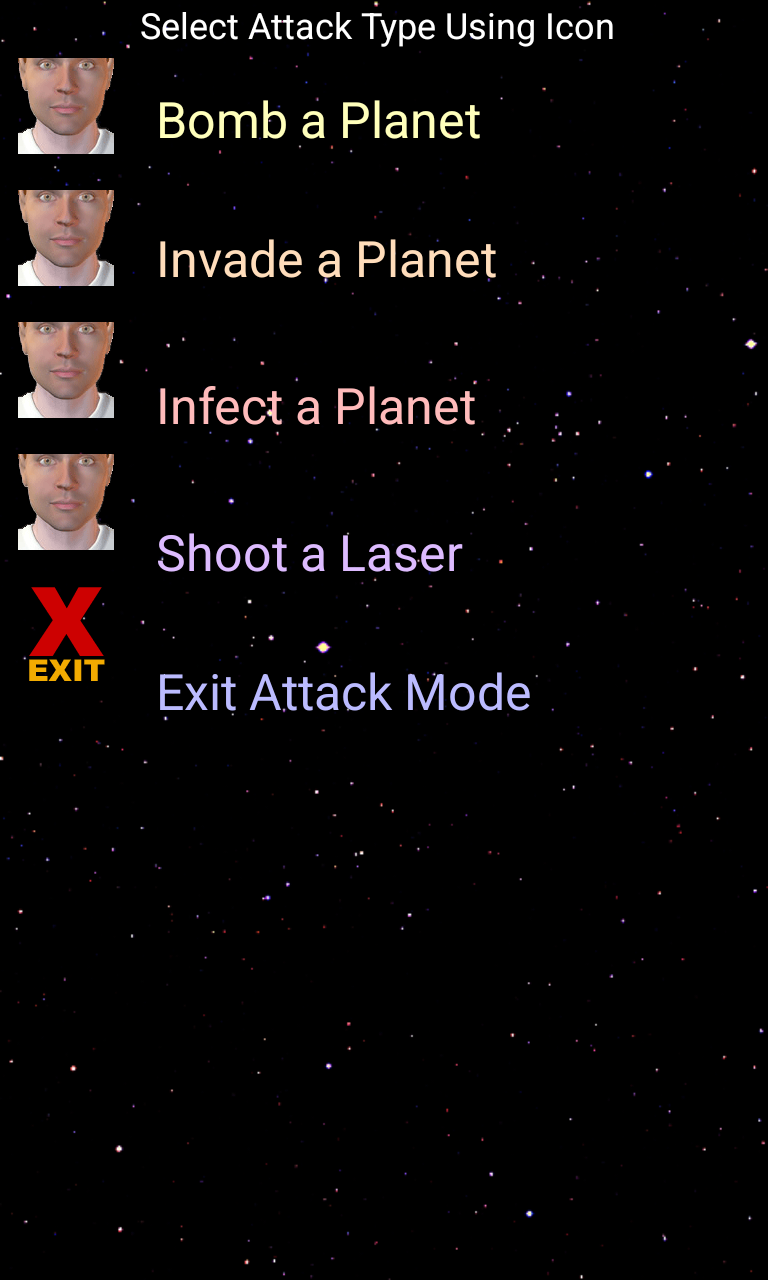
Repository: TimGirouard/tim-hobby-bucket
Layout: Android_Work/workspace/Hello_World/res/layout/activity_attack.xml
The author's editor kept a copy of each file at every save. The layout is drawn from the files as they stood at one save, then again after the next save.
It is drawn on a 768 x 1280 px phone screen (xhdpi) without system bars, with theme AppTheme; the app's code is not run.

Above is the layout before, as saved 2014-01-19 21:06:53.

### Android_Work/workspace/Hello_World/res/layout/activity_attack.xml
<?xml version="1.0" encoding="utf-8"?>
<LinearLayout xmlns:android="http://schemas.android.com/apk/res/android"
    android:layout_width="match_parent"
    android:layout_height="match_parent"
    android:orientation="horizontal"
    android:background="@drawable/stars" >

    <LinearLayout
        android:layout_width="70dp"
	    android:layout_height="match_parent"
	    android:orientation="vertical"
	    android:layout_marginTop="20dp" >
    <ImageButton
        android:id="@+id/bombButton"
        android:background="#00000000"
        android:layout_width="wrap_content"
        android:layout_height="wrap_content"
        android:contentDescription="@string/content_desc_bomb"
        android:layout_margin="9dp"
        android:src="@drawable/attack_bomb"
        android:soundEffectsEnabled="true" />
    <ImageButton
        android:id="@+id/invadeButton"
        android:background="#00000000"
        android:layout_width="wrap_content"
        android:layout_height="wrap_content"
        android:contentDescription="@string/content_desc_invade"
        android:layout_margin="9dp"
        android:src="@drawable/attack_invade"
        android:soundEffectsEnabled="true" />
    <ImageButton
        android:id="@+id/infectButton"
        android:background="#00000000"
		android:layout_width="wrap_content"
        android:layout_height="wrap_content"
        android:contentDescription="@string/content_desc_virus"
        android:layout_margin="9dp"
        android:src="@drawable/attack_virus"
        android:soundEffectsEnabled="true" />
    <ImageButton
        android:id="@+id/laserButton"
        android:background="#00000000"
		android:layout_width="wrap_content"
        android:layout_height="wrap_content"
        android:contentDescription="@string/content_desc_laser"
        android:layout_margin="9dp"
        android:src="@drawable/attack_laser"
        android:soundEffectsEnabled="true" />
    <ImageButton
        android:id="@+id/exitButton"
        android:background="#00000000"
		android:layout_width="wrap_content"
        android:layout_height="wrap_content"
        android:contentDescription="@string/content_desc_exit"
        android:layout_margin="9dp"
        android:src="@drawable/attackexit"
        android:soundEffectsEnabled="true" />
    </LinearLayout>
    <LinearLayout
        android:layout_width="match_parent"
	    android:layout_height="match_parent"
	    android:orientation="vertical" >
    <TextView
        android:textColor="#FFFFFF"
        android:textSize="18sp"
        android:layout_width="wrap_content"
        android:layout_height="wrap_content"
        android:text="@string/attack_planet_caption" />

    <TextView
        android:textColor="#FFFFBB"
        android:textSize="25sp"
        android:layout_marginTop="18dp"
        android:layout_width="wrap_content"
        android:layout_height="wrap_content"
        android:layout_marginLeft="8dp"
        android:text="@string/attack_planet_bomb" />

    <TextView
        android:textColor="#FFDDBB"
        android:textSize="25sp"
        android:layout_marginTop="36dp"
        android:layout_width="wrap_content"
        android:layout_height="wrap_content"
        android:layout_marginLeft="8dp"
        android:text="@string/attack_planet_invade" />

    <TextView
        android:textColor="#FFBBBB"
        android:textSize="25sp"
        android:layout_marginTop="40dp"
        android:layout_width="wrap_content"
        android:layout_height="wrap_content"
        android:layout_marginLeft="8dp"
        android:text="@string/attack_planet_infect" />

    <TextView
        android:textColor="#DDBBFF"
        android:textSize="25sp"
        android:layout_marginTop="40dp"
        android:layout_width="wrap_content"
        android:layout_height="wrap_content"
        android:layout_marginLeft="8dp"
        android:text="@string/attack_planet_laser" />

    <TextView
        android:textColor="#BBBBFF"
        android:textSize="25sp"
        android:layout_marginTop="36dp"
        android:layout_width="wrap_content"
        android:layout_height="wrap_content"
        android:layout_marginLeft="8dp"
        android:text="@string/attack_planet_exit" />
    </LinearLayout>
</LinearLayout>

### Android_Work/workspace/Hello_World/res/values/strings.xml
<?xml version="1.0" encoding="utf-8"?>
<resources>

    <string name="app_name">Hello_World</string>
    <string name="hello_world">Hello world!</string>
    <string name="add_planet_caption">Click Planet to Add</string>
    <string name="planet_name_label">Planet Name: </string>
	<string name="planet_mass_label">Planet Mass: </string>
	<string name="planet_gravity_label">Planet Gravity: </string>
	<string name="planet_colonies_label">Planet Colonies: </string>
	<string name="planet_population_label">Planet Population: </string>
	<string name="planet_military_label">Planet Military: </string>
	<string name="planet_bases_label">Planet Bases: </string>
	<string name="planet_forcefield_label">Planet Forcefield: </string>
    <string name="menu_add_planet">Add a New Planet</string>
    <string name="menu_config_planet">Configure Planet</string>
    <string name="menu_travel_planet">Travel to Planet</string>
    <string name="menu_attack_planet">Attack on Planet</string>
    <string name="menu_home_planet">Show Home Planet</string>
	<string name="content_desc_earth">Planet Earth</string>
	<string name="content_desc_mars">Planet Mars</string>
	<string name="content_desc_venus">Planet Venus</string>
	<string name="content_desc_jupiter">Planet Jupiter</string>
	<string name="content_desc_saturn">Planet Saturn</string>
	<string name="content_desc_neptune">Planet Neptune</string>
	<string name="button_name_colonies">Add Colonies</string>
	<string name="button_name_colonists">Add Colonists</string>
	<string name="button_name_bases">Add Bases</string>
	<string name="button_name_military">Add Military</string>
	<string name="button_name_ffon">Forcefield On</string>
	<string name="button_name_ffoff">Forcefield Off</string>
	<string name="button_name_done">Done Configuring</string>
	<string name="button_name_done_add">All Done!</string>
	<string name="content_desc_bomb">Bomb the Planet</string>
	<string name="content_desc_invade">Invade the Planet</string>
	<string name="content_desc_virus">Infect Planet with Virus</string>
	<string name="content_desc_laser">Fire Laser at Planet</string>
	<string name="content_desc_exit">Exit to Home Planet</string>
	<string name="attack_planet_caption">Select Attack Type Using Icon</string>
	<string name="attack_planet_bomb">Bomb a Planet</string>
	<string name="attack_planet_invade">Invade a Planet</string>
	<string name="attack_planet_infect">Infect a Planet</string>
	<string name="attack_planet_laser">Shoot a Laser</string>
	<string name="attack_planet_exit">Exit Attack Mode</string>


	<string name="button_name_return">Return Home</string>
</resources>

### Android_Work/workspace/Hello_World/res/drawable/attack_bomb.xml
<?xml version="1.0" encoding="utf-8"?>
<selector xmlns:android="http://schemas.android.com/apk/res/android" >

    <item android:state_pressed="true" android:drawable="@drawable/attackinvadepress" />
	<item android:state_focused="true" android:drawable="@drawable/attackinvadefocus" />
	<item android:drawable="@drawable/attackinvade" />

</selector>

### Android_Work/workspace/Hello_World/res/drawable/attack_invade.xml
<?xml version="1.0" encoding="utf-8"?>
<selector xmlns:android="http://schemas.android.com/apk/res/android" >

    <item android:state_pressed="true" android:drawable="@drawable/attackinvadepress" />
	<item android:state_focused="true" android:drawable="@drawable/attackinvadefocus" />
	<item android:drawable="@drawable/attackinvade" />

</selector>

### Android_Work/workspace/Hello_World/res/drawable/attack_virus.xml
<?xml version="1.0" encoding="utf-8"?>
<selector xmlns:android="http://schemas.android.com/apk/res/android" >

    <item android:state_pressed="true" android:drawable="@drawable/attackinvadepress" />
	<item android:state_focused="true" android:drawable="@drawable/attackinvadefocus" />
	<item android:drawable="@drawable/attackinvade" />

</selector>

### Android_Work/workspace/Hello_World/res/drawable/attack_laser.xml
<?xml version="1.0" encoding="utf-8"?>
<selector xmlns:android="http://schemas.android.com/apk/res/android" >

    <item android:state_pressed="true" android:drawable="@drawable/attackinvadepress" />
	<item android:state_focused="true" android:drawable="@drawable/attackinvadefocus" />
	<item android:drawable="@drawable/attackinvade" />

</selector>

Loaded but not shown: Android_Work/workspace/Hello_World/res/values/styles.xml (common file); Android_Work/workspace/Hello_World/res/values-v11/styles.xml (common file); Android_Work/workspace/Hello_World/res/values-v14/styles.xml (common file)

After the next save:
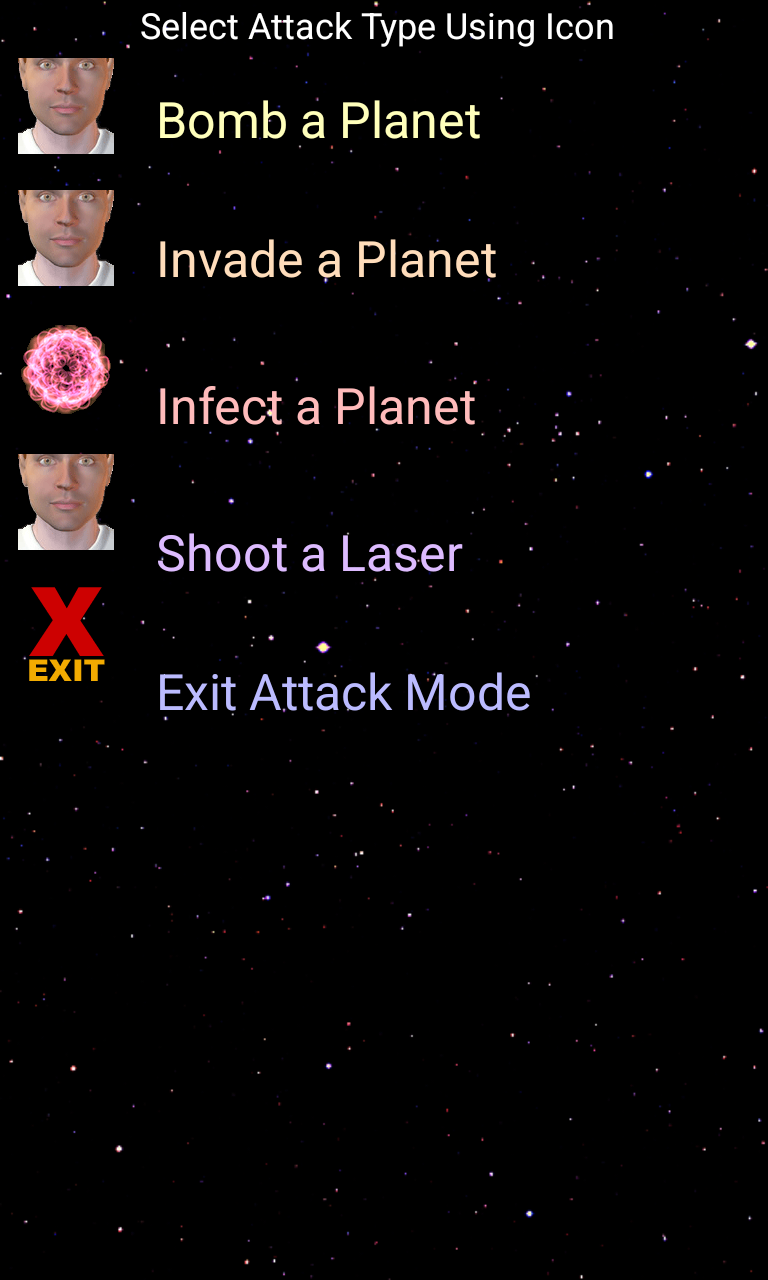
Saved 2 min 47 s later.
--- a/Android_Work/workspace/Hello_World/res/drawable/attack_virus.xml
+++ b/Android_Work/workspace/Hello_World/res/drawable/attack_virus.xml
@@ -1,8 +1,8 @@
 <?xml version="1.0" encoding="utf-8"?>
 <selector xmlns:android="http://schemas.android.com/apk/res/android" >
 
-    <item android:state_pressed="true" android:drawable="@drawable/attackinvadepress" />
-	<item android:state_focused="true" android:drawable="@drawable/attackinvadefocus" />
-	<item android:drawable="@drawable/attackinvade" />
+    <item android:state_pressed="true" android:drawable="@drawable/attackviruspress" />
+	<item android:state_focused="true" android:drawable="@drawable/attackvirusfocus" />
+	<item android:drawable="@drawable/attackvirus" />
 
 </selector>
